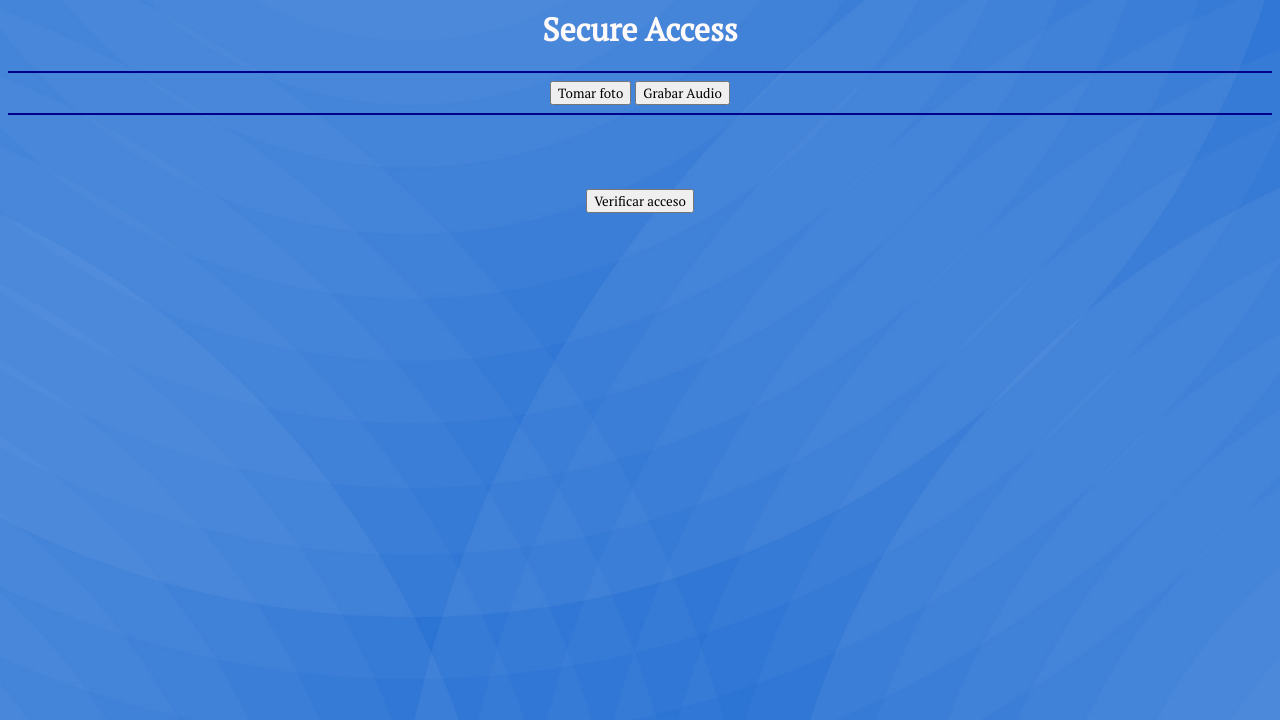
Repository: dabarreiroh/SECURE-ACCESS
Page: accessecure/templates/home/index.html
These files come from the project's save history. The page is drawn as it stood at one moment and after the next save; the edit follows.
The browser window is 1280 px wide. The pictures show the whole page.

Above is the page before, as saved 2020-03-16 23:09:34.

After the next save:
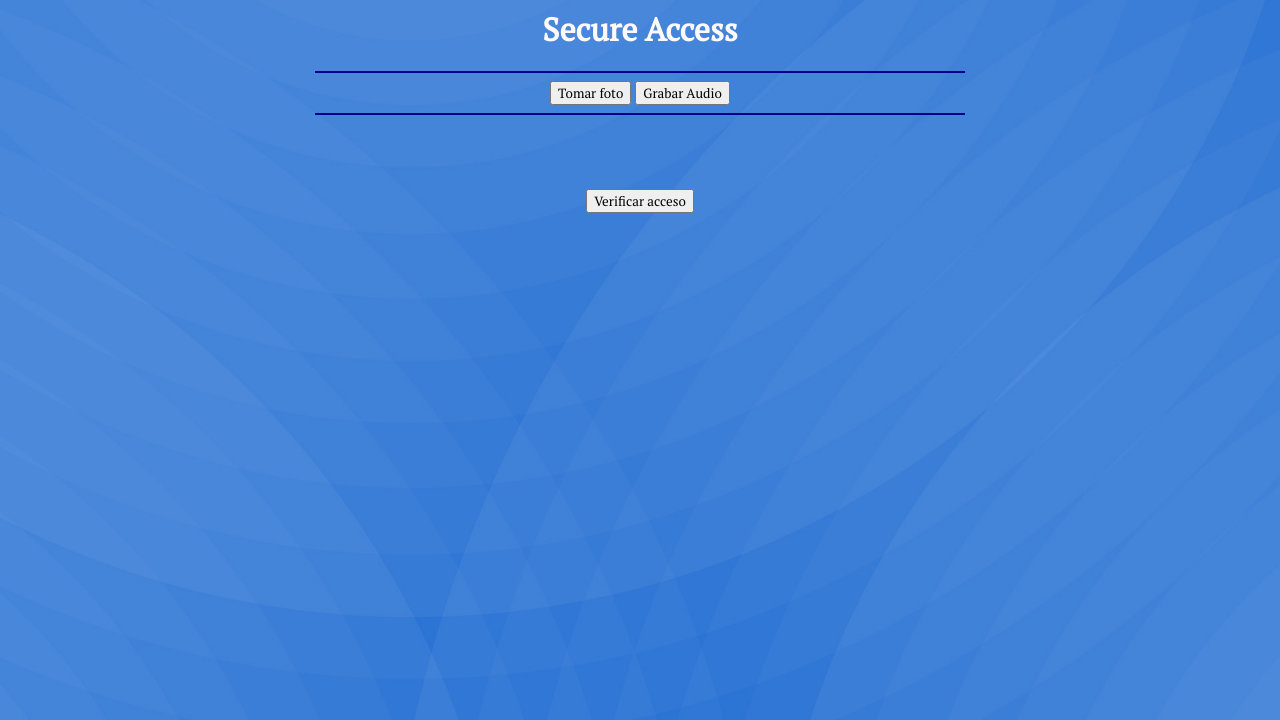
Saved 11 s later.
--- a/accessecure/static/admin/css/index/index.css
+++ b/accessecure/static/admin/css/index/index.css
@@ -14,4 +14,5 @@
 
 hr{
     border: 1px solid darkblue;
+    width: 90vh;
 }

After the save that followed:
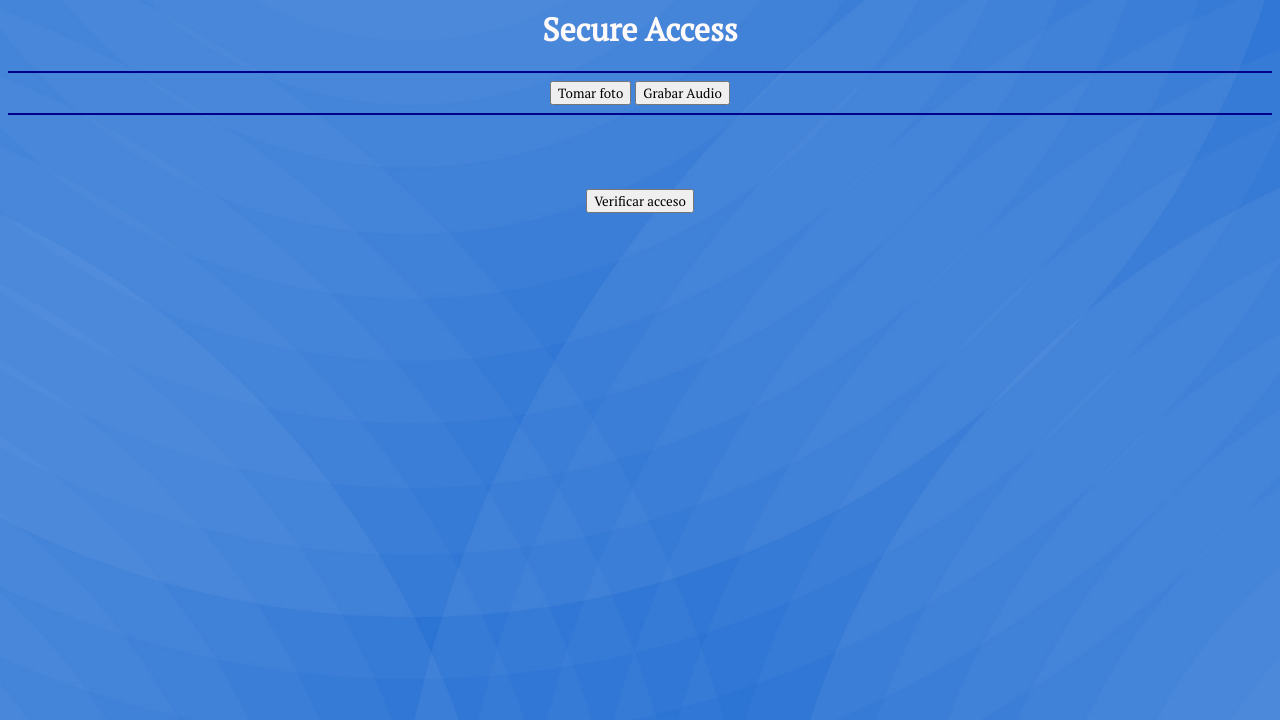
Saved 8 s later.
--- a/accessecure/static/admin/css/index/index.css
+++ b/accessecure/static/admin/css/index/index.css
@@ -14,5 +14,5 @@
 
 hr{
     border: 1px solid darkblue;
-    width: 90vh;
+    width: 90vp;
 }
